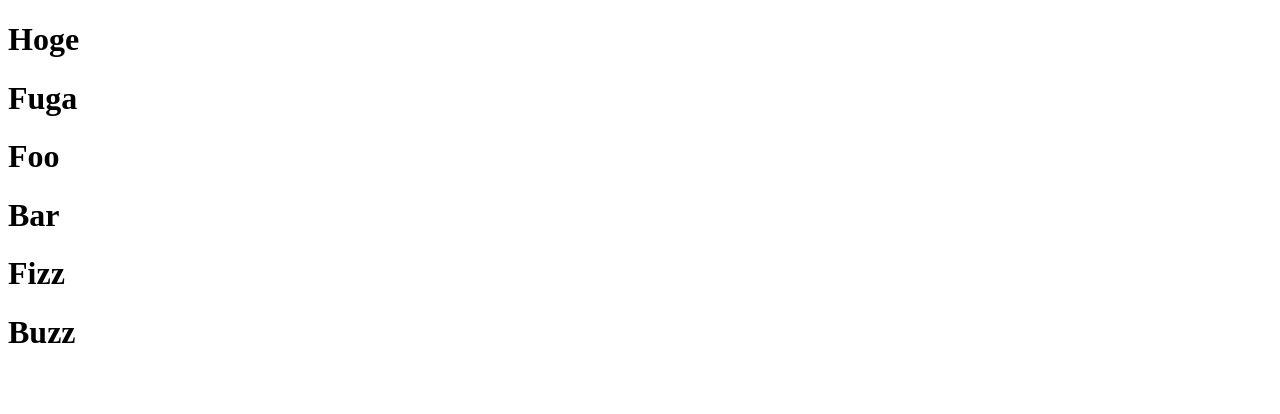
Repository: taisukesan/samurai_HTML-CSS
Page: hoge.html
The author's editor kept a record of every edit. The page is drawn from the files as they stood at one moment, then again after the next edit.
The browser window is 1280 px wide. The pictures show the whole page.

Above is the page before.

### hoge.html
<!DOCTYPE html>
<html lang="ja">
<head>
    <style>　　<meta charset="UTF-8">
        <meta name="viewport" content="width=device-width, initial-scale=1">
        .media {
           background-color: blue;
        }

        @media screen and (min-width:480px){
            .media{
                .
            }
        }


    </style>
</head>
<body>
    <div id="grid">
        <h1>Hoge</h1>
        <h1>Fuga</h1>
        <h1>Foo</h1>
        <h1>Bar</h1>
        <h1>Fizz</h1>
        <h1>Buzz</h1>
        <h1></h1>
    </div>
</body>
</html>

After the next edit:
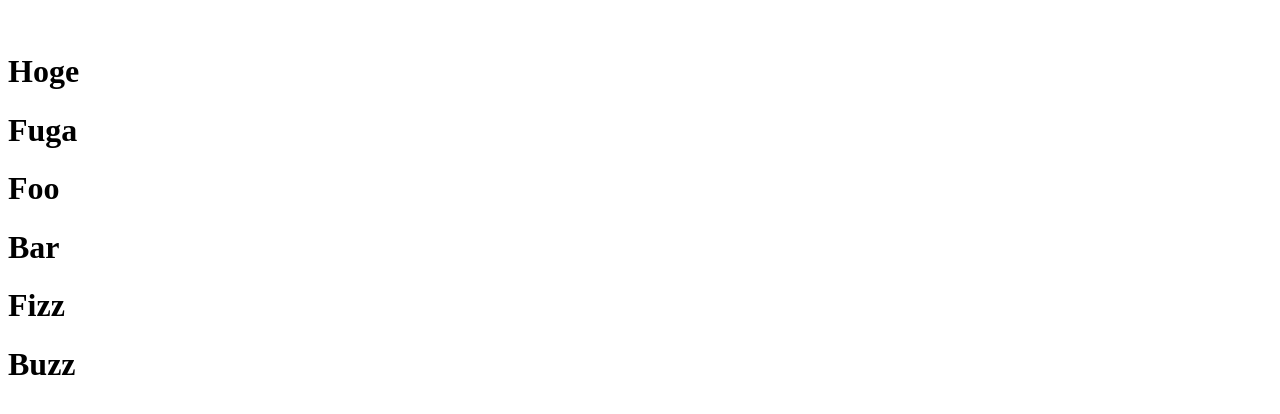
The edit:
--- a/hoge.html
+++ b/hoge.html
@@ -1,8 +1,8 @@
 <!DOCTYPE html>
 <html lang="ja">
-<head>
-    <style>　　<meta charset="UTF-8">
+<head>　　<meta charset="UTF-8">
         <meta name="viewport" content="width=device-width, initial-scale=1">
+        <style>
         .media {
            background-color: blue;
         }
